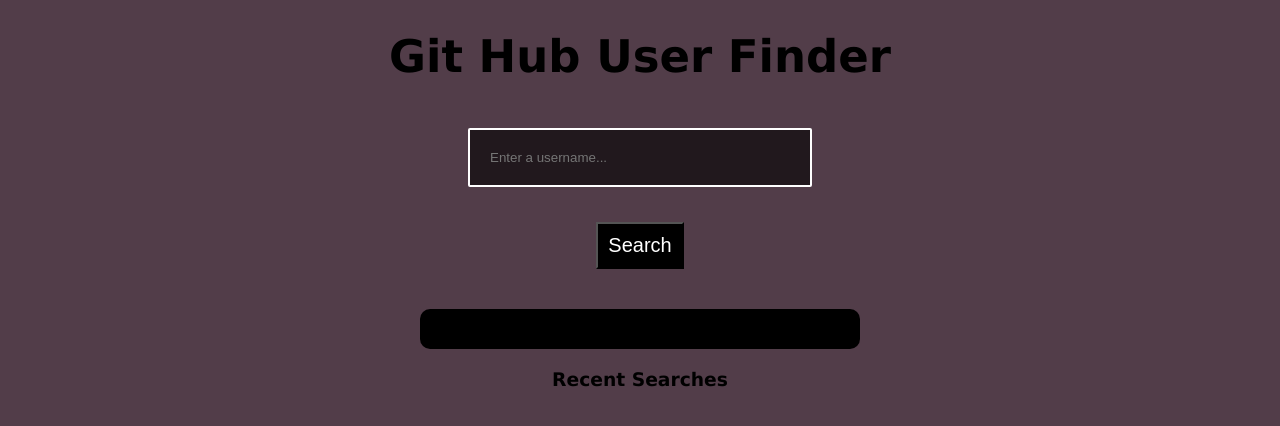
Repository: Dharshinimk-521/github-user-finder
Page: index.html
These files come from the project's save history. The page is drawn as it stood at one moment and after the next save; the edit follows.
The browser window is 1280 px wide. The pictures show the whole page.
Some web fonts or font styles are not loaded; a fallback is used.

Above is the page before, as saved 2026-04-13 21:50:14.

### index.html
<!DOCTYPE html>
<html>
    <head>
       <meta charset="UTF-8" />
        <meta name="viewport" content="width=device-width, initial-scale=1.0" />
        <title>GITHUB USER FINDER</title>
        <link rel="preconnect" href="https://fonts.googleapis.com">
        <link rel="preconnect" href="https://fonts.gstatic.com" crossorigin>
        <link href="https://fonts.googleapis.com/css2?family=Bitcount+Single:wght@100..900&family=Cedarville+Cursive&family=Edu+NSW+ACT+Cursive:wght@400..700&family=Inter:ital,opsz,wght@0,14..32,100..900;1,14..32,100..900&family=Iosevka+Charon:ital,wght@0,300;0,400;0,500;0,700;1,300;1,400;1,500;1,700&family=Open+Sans:ital,wght@0,300..800;1,300..800&family=Oswald:wght@200..700&family=Roboto+Mono:ital,wght@0,100..700;1,100..700&family=Roboto:ital,wght@0,500;1,500&family=Saira+Stencil:ital,wght@0,100..900;1,100..900&family=Sekuya&family=Share+Tech&display=swap" rel="stylesheet">
        <link rel="stylesheet" href="style.css">
        <script src="github.js" defer></script>
    </head>
    <body>
        <h1 class="title">Git Hub User Finder</h1>
         <input id="input" type="text" placeholder="Enter a username...">
        <!--buttons-->
        <br>
        <button id="search">Search</button>
        <div class="main-container">
            <div id="profile"></div>
            <div class="recent-box">
                <h3>Recent Searches</h3>
                <ul id="recentList"></ul>
            </div>
        </div>

    </body>
</html>

### style.css
body{
    background-color: #523D49;
    font-family: Verdana, Geneva, Tahoma, sans-serif;
    color:black;
    text-align: center;
}
.title{
   font-size:45px;
   text-decoration: dashed;
}
#input{
    background-color: rgba(0, 0, 0, 0.6); /* black with opacity */
    color: white;
    padding: 20px;
    margin:15px;
    border: 2px solid white;
    border-radius: 2px;
    outline:purple;
    width:300px;
}
#input:focus{
    border-color: #00ffcc;
    box-shadow: 0 0 10px #00ffcc;
}
#search{
    padding:10px;
    margin: 20px 10px;
    cursor: pointer;
    background-color: black;
    color: white;
    font-size: 20px;
}
#profile{
    display: flex;
    flex-direction: column;   /* stack items */
    align-items: center;      /* center everything */
    margin: 20px auto;
    padding: 20px;
    background-color: black;
    color: white;
    width: 400px;
    border-radius: 10px;
}
.repo-container {
    margin-top: 20px;
}


.repo-card a {
    display: inline-block;
    margin-top: 10px;
    color: #00ffcc;
    text-decoration: none;
}

.repo-card a:hover {
    text-decoration: underline;
}
#repo-title{
    color:#6D2224;
}
#repo-prof{
    display: block;
    margin: 0 auto 15px auto;
    width: 150px;
    height: 150px;
    border-radius: 50%;
}
#profile p {
    width: 100%;
    text-align: left;   /* cleaner for info */
    margin: 5px 0;
}

### github.js
//Display:
// Profile name
// Avatar
// Public repos count

const search = document.getElementById("search");
const profDiv = document.getElementById("profile");

search.addEventListener("click", async function() {
    const username = document.getElementById("input").value.trim();
    if(!username){
        alert("enter an username");
        return;
    }
    try{
        const res = await fetch(`https://api.github.com/users/${username}`);

        if (!res.ok){
            throw new Error("user not found");
        }
        const data = await res.json();
        const repoRes= await fetch(`https://api.github.com/users/${username}/repos`);
        const repos = await repoRes.json();
        let repoHTML="";
        repos.forEach((repo) => {
            repoHTML+=`
            <div class ="repo-card">
                <h3>Repo: ${repo.name}</h3>
                <p>Stars: ${repo.stargazers_count} | ${repo.language || "No language"}</p>
                <a href=" ${repo.html_url}" target="_blank">View Repo</a>
                </div>`;
        });

        profDiv.innerHTML=
        `<img id="repo-prof" src="${data.avatar_url}" />
        <h2>Name: ${data.name || "No name provided"}</h2>
        <p> No. of Repos : ${data.public_repos}</p>
        <p>Bio: ${data.bio}</p>
        <p>Location: ${data.location}</p>
        <p>Followers: ${data.followers}</p>
        <p>Fllowing: ${data.following}</p>
        <h2 id="repo-title">REPO INFO</h2>
        <div class="repo-container">
            ${repoHTML}
            </div>`;


    } catch(err){
        console.log(err);
    }
});

After the next save:
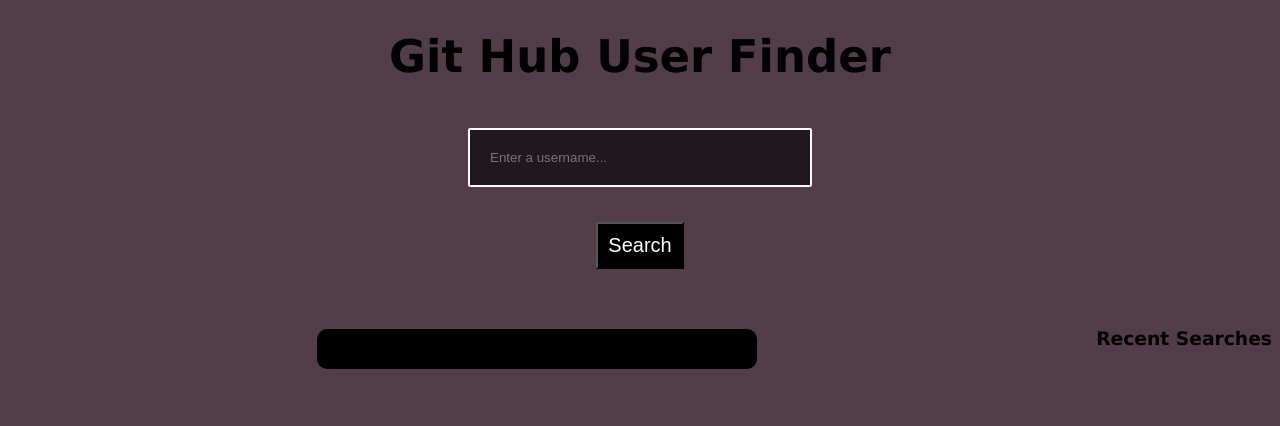
Saved 6 s later.
--- a/style.css
+++ b/style.css
@@ -71,3 +71,10 @@ body{
     text-align: left;   /* cleaner for info */
     margin: 5px 0;
 }
+.main-container {
+    display: flex;
+    justify-content: center;
+    align-items: flex-start;
+    gap: 30px;
+    margin-top: 20px;
+}
